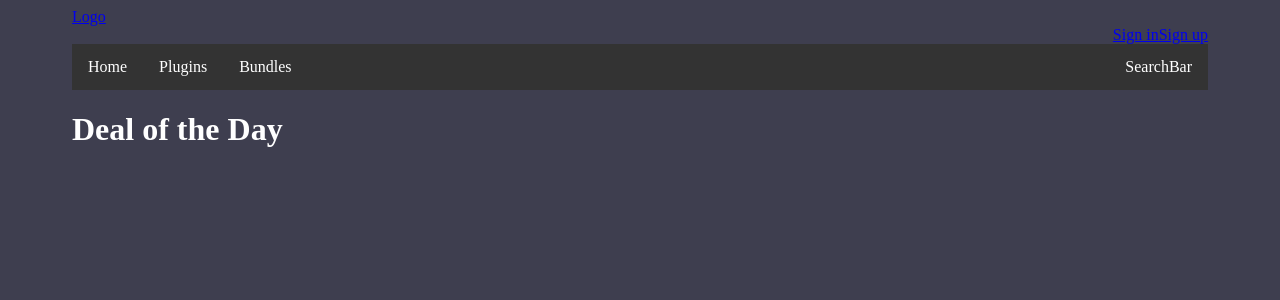
Repository: jigom11791/Wavez
Page: Wavez/Waves-Site/index.html
An editor plug-in stored every save of this project. The page is shown before and after the next save, followed by the edit.
The browser window is 1280 px wide. The pictures show the whole page.

Above is the page before, as saved 2020-10-30 18:08:49.

### Wavez/Waves-Site/index.html
<!DOCTYPE html>
<html>
<head>
    <title>Waves Price Tracker</title>
    <link rel="stylesheet" href="style.css">
</head>
<body>
    <ul class="header">
        <li><a href="#">Logo</a></li>
        <li class="right"><a href="#">Sign up</a></li>
        <li class="right"><a href="#">Sign in</a></li>
    </ul>

    <ul class="topnav">
        <li><a class="active" href="#">Home</a></li>
        <li><a href="#">Plugins</a></li>
        <li><a href="#">Bundles</a></li>
        <li class="right"><a href="#">SearchBar</a></li>
    </ul>
    <div id="content">
        <h1>Deal of the Day</h1>
    </div>
</body>
</html>

### Wavez/Waves-Site/style.css
@import url('https://fonts.googleapis.com/css2?family=Noto+Sans&family=Noto+Sans+JP&display=swap');
@import url('https://fonts.googleapis.com/css2?family=Noto+Sans&display=swap');

body {
    background-color: #3e3e4f;
    color: white;
    font-style: "Noto sans JP", sans-serif;
    padding: 0% 5%;
}

ul.topnav, ul.header{
    list-style-type: none;
    margin: 0;
    padding: 0;
    overflow: hidden;
    width: 100%;
}
ul.topnav {
    background-color: #333;
}
ul.topnav li, ul.header {
    float: left;
}
ul.topnav li.right, ul.header li.right{
    float: right;
}
ul.topnav li a {
    display: block;
    color: white;
    text-align: center;
    padding: 14px 16px;
    text-decoration: none;
}

After the next save:
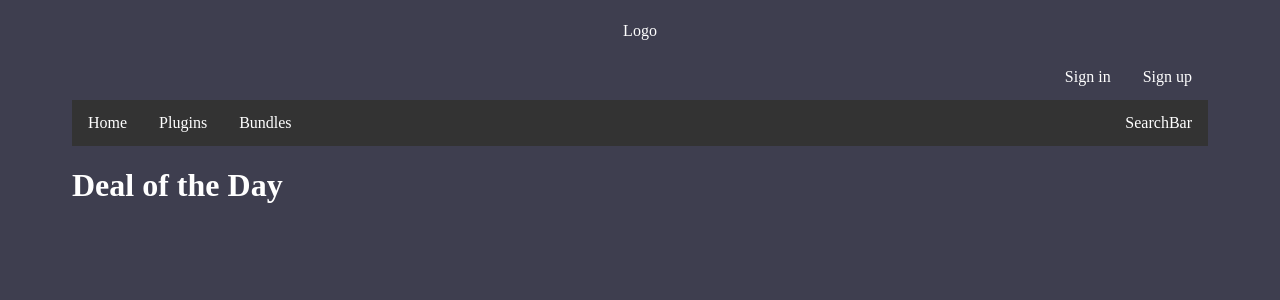
Saved 28 s later.
--- a/Wavez/Waves-Site/style.css
+++ b/Wavez/Waves-Site/style.css
@@ -24,7 +24,7 @@ ul.topnav li, ul.header {
 ul.topnav li.right, ul.header li.right{
     float: right;
 }
-ul.topnav li a {
+ul.topnav li a, ul.header li a {
     display: block;
     color: white;
     text-align: center;
